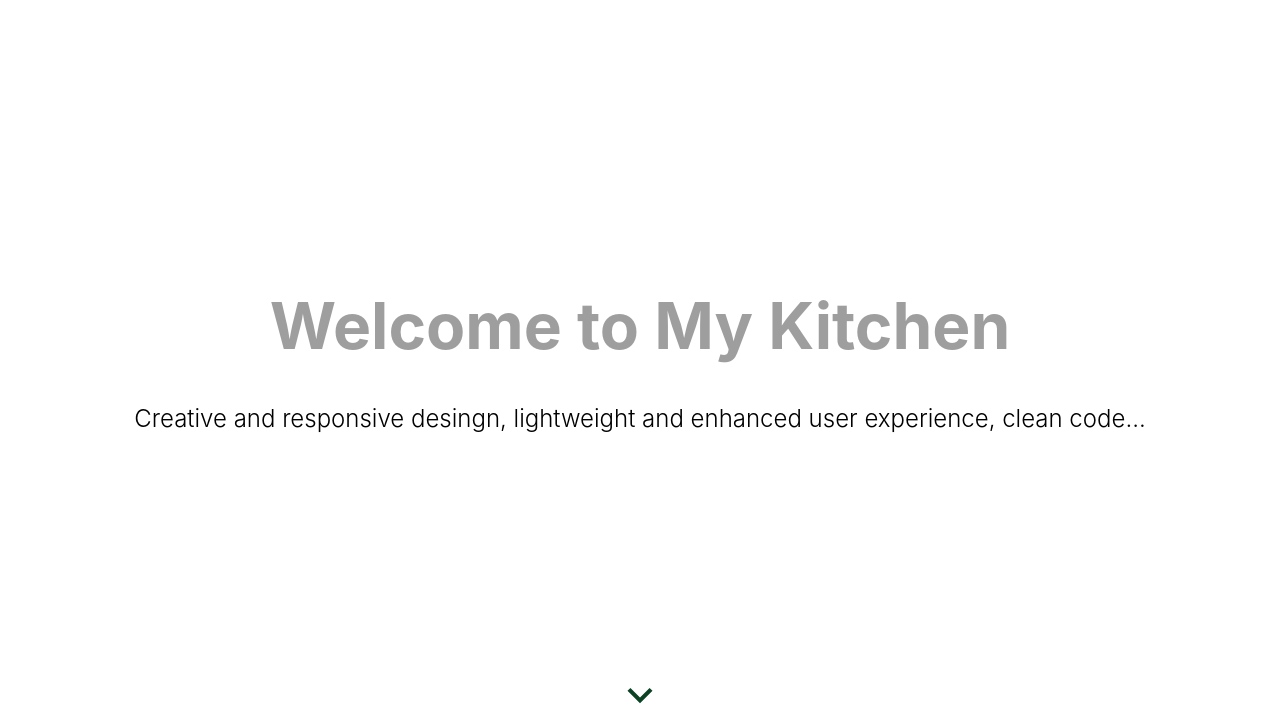
Repository: safak/safak.github.io
Page: /, after clicking the first element matching `svg.MuiSvgIcon-root`
An editor plug-in stored every save of this project. The page is shown before and after the next save, followed by the edit.
The browser window is 1280 px wide. The pictures show the whole page.
Pictures or frames that could not be fetched are drawn as grey boxes. The project was rebuilt for these pictures with package versions that can differ from the ones it lists, and the page was loaded fresh each time. Also part of the build but not shown: src/App.css.

Above is the page before, as saved 2020-08-28 03:43:23.

After the next save:
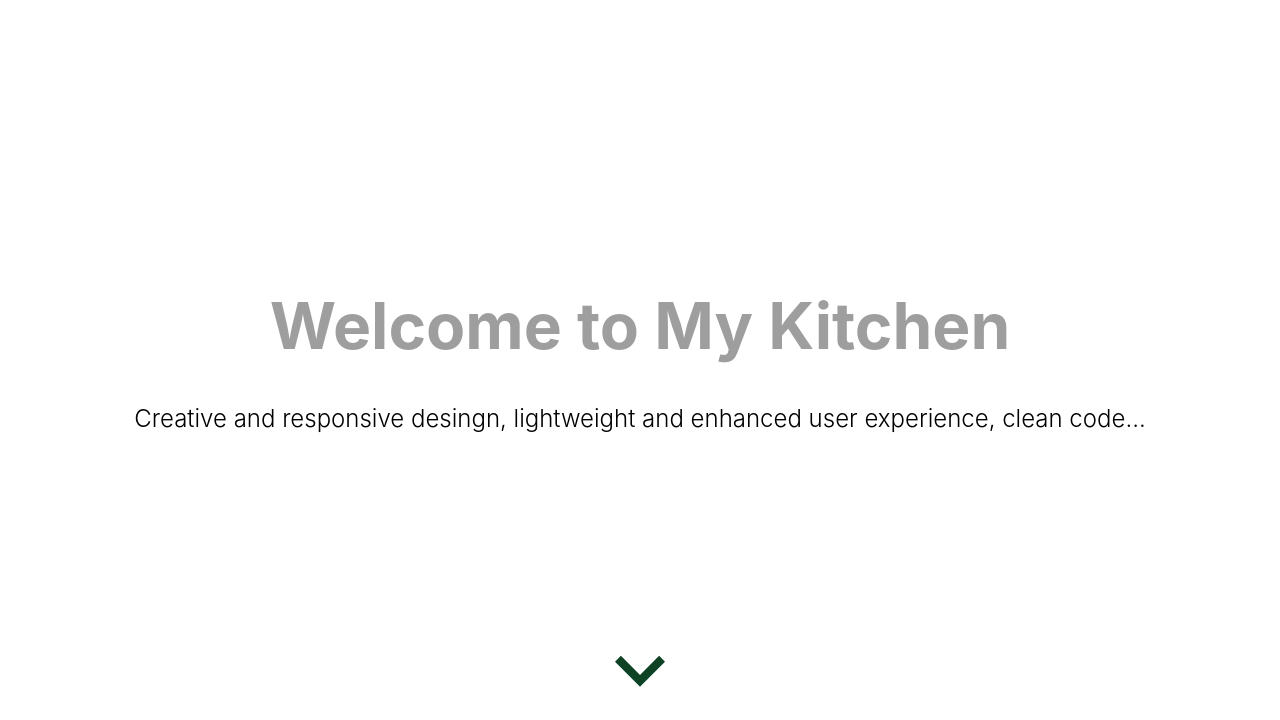
Saved 18 s later.
--- a/src/components/introduction/Introduction.css
+++ b/src/components/introduction/Introduction.css
@@ -33,7 +33,7 @@
 }
 
 .introduction >.MuiSvgIcon-root {
-  font-size: 50px;
+  font-size: 100px;
   color: #0d4324;
   position: absolute;
   bottom: 0;
